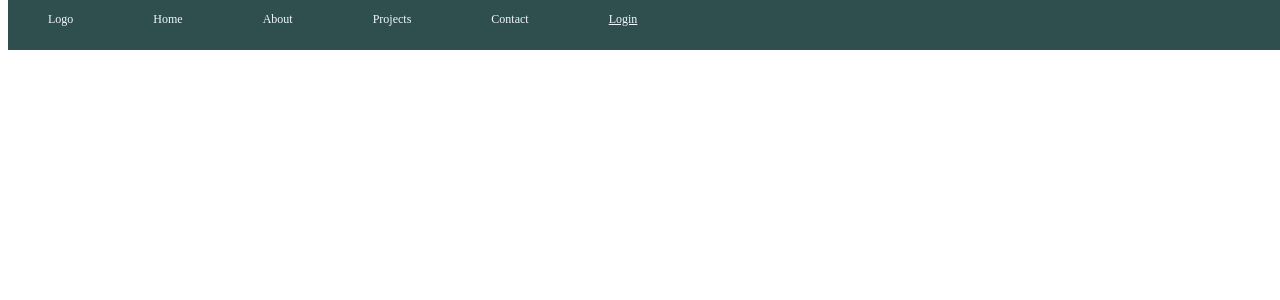
Repository: congle98/CSS_LayoutRWDCoBan
Page: index.html
The author's editor kept a copy of each file at every save. The page is drawn from the files as they stood at one save, then again after a run of saves.
The browser window is 1280 px wide. The pictures show the whole page.

Above is the page before, as saved 2021-05-26 16:06:18.

### index.html
<!DOCTYPE html>
<html lang="en">
<head>
    <meta charset="UTF-8">
    <meta http-equiv="X-UA-Compatible" content="IE=edge">
    <meta name="viewport" content="width=device-width, initial-scale=1.0">
    <title>Document</title>
    <style>
        body{
            font-family:'Times New Roman', Times, serif;
            font-size: 12px;
        }
        .header{
            position: fixed;
            top: 0;
            background-color: darkslategray;
            width: 100%;
            height: 50px;

        }
        .header__nav-item{
            position:relative;
            float: left;
            margin-right: 80px;
           list-style-type: none;
        }
        .header__nav-item a{
            color: aliceblue;
            text-decoration: none;
        }
        .header__nav-login{
            color: aliceblue;
            position:relative;
            left:  5;
        }
    </style>
</head>
<body>
    <div class="app">
        <header class="header">
            <div class="header__nav-list">
                 <ul>
                <li class="header__nav-item"><a href="">Logo</a></li>
                <li class="header__nav-item"><a href="">Home</a></li>
                <li class="header__nav-item"><a href="">About</a></li>
                <li class="header__nav-item"><a href="">Projects</a></li>
                <li class="header__nav-item"><a href="">Contact</a></li>
            </ul>
            </div>
            <div>
                <a class="header__nav-login" href="">Login</a>
            </div>
        </header>

    </div>
</body>
</html>

After the next 12 saves:
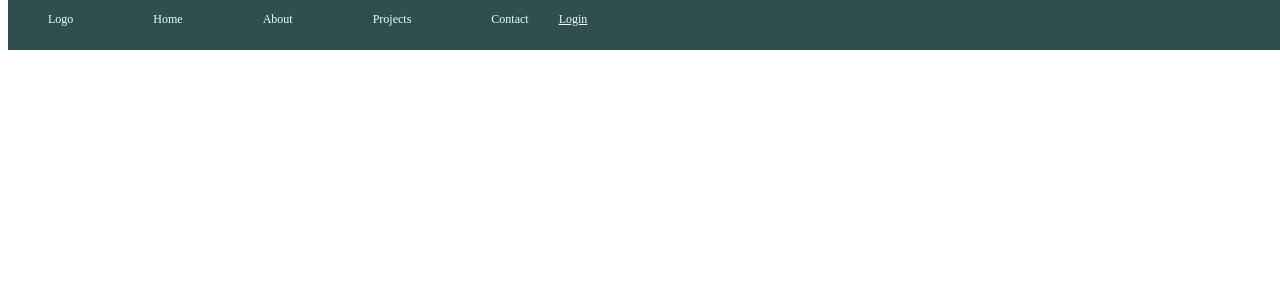
The 12 saves are shown as one change because they came seconds apart.
The last was saved 22 s later.
--- a/index.html
+++ b/index.html
@@ -31,7 +31,7 @@
         .header__nav-login{
             color: aliceblue;
             position:relative;
-            left:  5;
+            right: 50px;
         }
     </style>
 </head>
